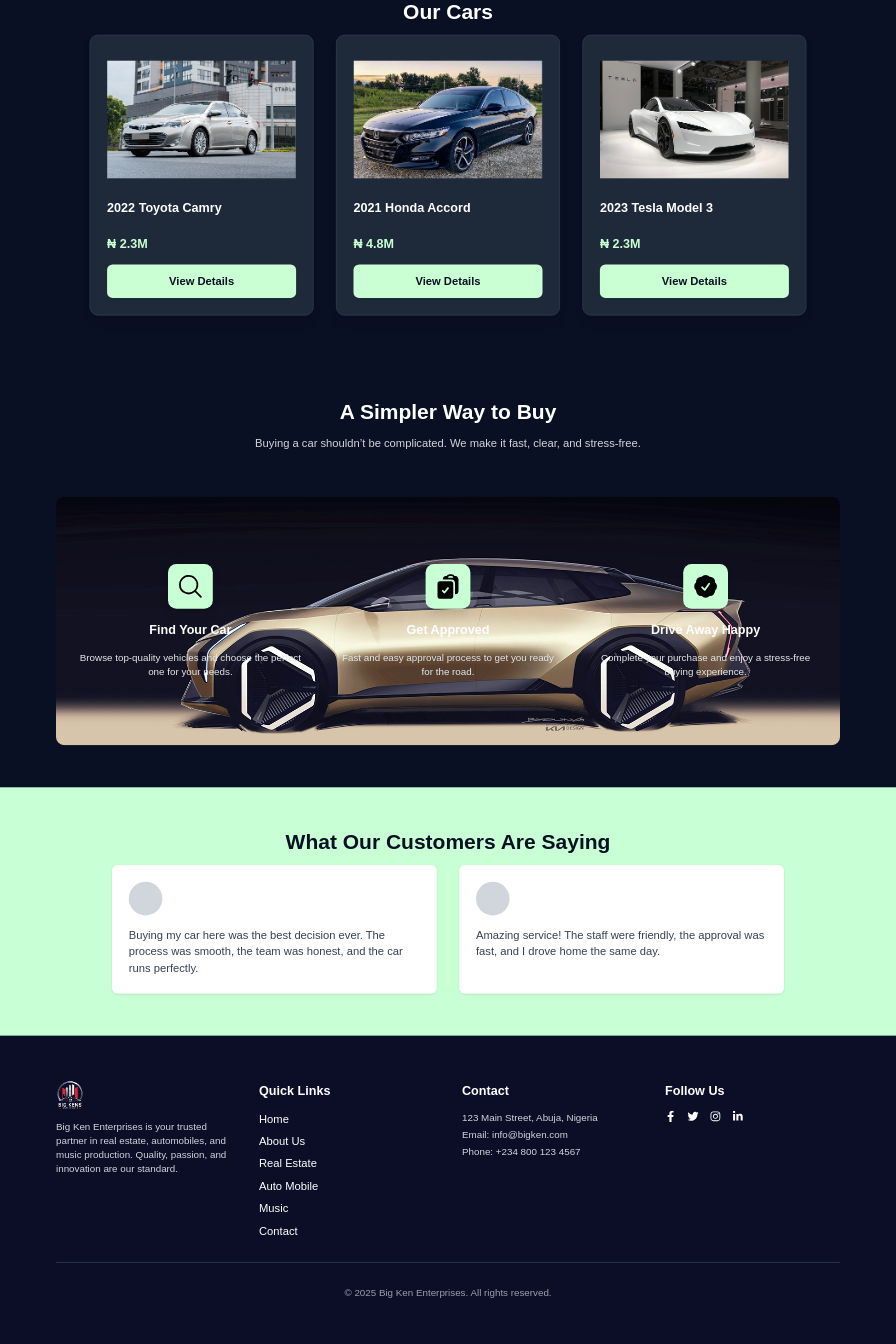
Repository: techvaro/Big-kens-realty-Frontend-react-
Page: /auto-mobile (app in big-kens-realty/)
These files come from the project's save history. The page is drawn as it stood at one moment and after the next save; the edit follows.
The browser window is 1280 px wide. The pictures show the part of the page from y = 934 to 2854 px (the page is 2854 px tall), at 70% of full size.
The project was rebuilt for these pictures with package versions that can differ from the ones it lists, and the page was loaded fresh each time. Also part of the build but not shown: big-kens-realty/vite.config.js, big-kens-realty/src/components/Home/hero.jsx, big-kens-realty/src/components/Home/Services.jsx, big-kens-realty/src/components/Home/Stats.jsx, big-kens-realty/src/components/Home/About.jsx, big-kens-realty/src/components/Home/FeaturedProperties.jsx, big-kens-realty/src/components/Home/AutoMobileSale.jsx, big-kens-realty/src/components/Home/RecentProductions.jsx and 11 more.

Above is the page before, as saved 2025-12-10 18:57:43.

### big-kens-realty/index.html
<!doctype html>
<html lang="en">
  <head>
    <meta charset="UTF-8" />
    <link rel="icon" type="image/svg+xml" href="/vite.svg" />
    <meta name="viewport" content="width=device-width, initial-scale=1.0" />
    <title>big-kens-realty</title>
  </head>
  <body>
    <div id="root"></div>
    <script type="module" src="/src/main.jsx"></script>
  </body>
</html>

### big-kens-realty/src/index.css
@import "tailwindcss";

body {
  margin: 0;
  font-family: Arial, sans-serif;
  background-color: #0c0e28;
  color: white;
}

section {
  padding: 60px 80px;
}

h1, h2, h3 {
  margin: 0 0 15px 0;
}

.btn {
  background: #b5ffcb;
  color: #000;
  padding: 12px 25px;
  border-radius: 5px;
  border: none;
  font-weight: bold;
  cursor: pointer;
}

.btn1{
  background: #b5ffcb;
  color: #000;
  height: 30px;
  width: 80px;
  border: none;
  font-weight: bold;
  cursor: pointer;
  border-radius: 5px;
}

.card {
  background: #1b1e49;
  padding: 15px;
  border-radius: 8px;
}

nav img {
  width: auto !important;
}

### big-kens-realty/src/router/AppRouter.jsx
import { BrowserRouter, Routes, Route } from "react-router-dom";
import Home from "../Pages/Home";
import About from "../Pages/About";
import RealEstate from "../Pages/realestate";
import AutoMobile from "../Pages/Car";

// Placeholder components for routes that don't exist yet
// const About = () => <div>About Page</div>;
const Music = () => <div>Music Page</div>;
const Contact = () => <div>Contact Page</div>;

export default function AppRouter() {
  return (
    <BrowserRouter>
      <Routes>
        <Route path="/" element={<Home />} />
        <Route path="/about" element={<About />} />
        <Route path="/real-estate" element={<RealEstate />} />
        <Route path="/auto-mobile" element={<AutoMobile />} />
        <Route path="/music" element={<Music />} />
        <Route path="/contact" element={<Contact />} />
      </Routes>
    </BrowserRouter>
  );
}

### big-kens-realty/src/Pages/Car.jsx
import Navbar from "../components/Navbar/Navbar";
import Footer from "../components/Footer/Footer";
import Hero from "../components/Car/Hero";
import Cars from "../components/Car/cars";
import Buy from "../components/Car/buy";
import Testimony from "../components/Car/Testimony";


export default function Home() {
  return (
    <>
      <Navbar />

      <Hero />

      <Cars />

      <Buy />

      <Testimony />

      <Footer />
    </>
  );
}

### big-kens-realty/src/components/Navbar/Navbar.jsx
import { Link } from "react-router-dom";
import { useState } from "react";
import logo from "../../assets/image/logo.png";
import {
    Bars3Icon,
    HomeIcon,
    InformationCircleIcon,
    BuildingOfficeIcon,
    WrenchIcon,
    MusicalNoteIcon,
    PhoneIcon,
    XMarkIcon,
} from "@heroicons/react/24/outline";

export default function Navbar() {
  const [isMobileMenuOpen, setIsMobileMenuOpen] = useState(false);

  return (
    <div className="w-full relative">

        <nav className="hidden lg:flex items-center justify-between px-20 py-5 bg-[#0c0e28] sticky top-0 z-50">
            <span className="inline-flex items-center justify-left gap-2">
                <img src={logo} className="h-[40px] w-[40px] object-contain" alt="Big Ken Enterprises Logo" />
                <span className="text-xl font-bold text-white whitespace-nowrap">Big Ken Enterprises</span>
            </span>

            <div className="flex gap-6">
                <Link to="/" className="text-white hover:text-gray-300 transition">
                    Home
                </Link>

                <Link to="/about" className="text-white hover:text-gray-300 transition">
                    About Us
                </Link>

                <Link
                to="/real-estate"
                className="text-white hover:text-gray-300 transition"
                >
                Real Estate
                </Link>

                <Link
                to="/auto-mobile"
                className="text-white hover:text-gray-300 transition"
                >
                Auto Mobile
                </Link>

                <Link to="/music" className="text-white hover:text-gray-300 transition">
                Musicals
                </Link>
            </div>

            <button className="bg-[#b5ffcb] text-black px-6 py-3 rounded-md font-bold hover:bg-[#9ae6af] transition">
                Sign In
            </button>
        </nav>

        <nav className="flex lg:hidden items-center justify-between px-10 py-5 bg-[#0c0e28] sticky top-0 z-50">
            <span className="flex items-center justify-center gap-5">
                <img src={logo} className="h-[40px] w-[40px] object-contain" alt="Big Ken Enterprises Logo" />
                <span className="text-1xl font-bold text-white whitespace-normal">Big Ken Enterprises</span>
            </span>

            <span className="flex items-center justify-between gap-5">

                {/* Menu Icon */}
                <button
                  className="text-white"
                  onClick={() => setIsMobileMenuOpen(!isMobileMenuOpen)}
                >
                  {isMobileMenuOpen ? (
                    <XMarkIcon className="h-8 w-8 text-white cursor-pointer" />
                  ) : (
                    <Bars3Icon className="h-8 w-8 text-white cursor-pointer" />
                  )}
                </button>
            </span>
        </nav>

        {/* Mobile Menu */}
        <div
          className={`fixed top-16 left-0 w-full bg-[#0c0e28] z-40 transition-all duration-300 ease-in-out lg:hidden ${
            isMobileMenuOpen
              ? 'opacity-100 translate-y-0 pointer-events-auto'
              : 'opacity-0 -translate-y-10 pointer-events-none'
          }`}
        >
          <div className="flex flex-col items-center justify-center gap-5 p-5">
            <Link
              to="/"
              className="flex items-center gap-2 text-white hover:text-gray-300 transition w-full py-2 justify-center"
              onClick={() => setIsMobileMenuOpen(false)}
            >
              <HomeIcon className="h-5 w-5 text-white" /> Home
            </Link>

            <Link
              to="/about"
              className="flex items-center gap-2 text-white hover:text-gray-300 transition w-full py-2 justify-center"
              onClick={() => setIsMobileMenuOpen(false)}
            >
              <InformationCircleIcon className="h-5 w-5 text-white" /> About Us
            </Link>

            <Link
              to="/real-estate"
              className="flex items-center gap-2 text-white hover:text-gray-300 transition w-full py-2 justify-center"
              onClick={() => setIsMobileMenuOpen(false)}
            >
              <BuildingOfficeIcon className="h-5 w-5 text-white" /> Real Estate
            </Link>

            <Link
              to="/auto-mobile"
              className="flex items-center gap-2 text-white hover:text-gray-300 transition w-full py-2 justify-center"
              onClick={() => setIsMobileMenuOpen(false)}
            >
              <WrenchIcon className="h-5 w-5 text-white" /> Auto Mobile
            </Link>

            <Link
              to="/music"
              className="flex items-center gap-2 text-white hover:text-gray-300 transition w-full py-2 justify-center"
              onClick={() => setIsMobileMenuOpen(false)}
            >
              <MusicalNoteIcon className="h-5 w-5 text-white" /> Musicals
            </Link>

            <Link
              to="/contact"
              className="flex items-center gap-2 text-white hover:text-gray-300 transition w-full py-2 justify-center"
              onClick={() => setIsMobileMenuOpen(false)}
            >
              <PhoneIcon className="h-5 w-5 text-white" /> Contact
            </Link>
            <button className="bg-[#b5ffcb] text-black px-6 py-3 rounded-md font-bold hover:bg-[#9ae6af] transition w-full">
                Sign In
            </button>
          </div>
        </div>

    </div>

  );
}

### big-kens-realty/src/components/Footer/Footer.jsx
import { FaFacebookF, FaTwitter, FaInstagram, FaLinkedinIn } from "react-icons/fa";
import logo from "../../assets/image/logo.png";

export default function Footer() {
  return (
    <footer className="bg-[#0c0e28] text-white py-16 px-5 md:px-20">

      {/* Top section */}
      <div className="grid grid-cols-1 sm:grid-cols-2 lg:grid-cols-4 gap-10">

        {/* Logo & description */}
        <div>
          <img src={logo} alt="Big Ken Enterprises Logo" className="h-10 w-10 object-contain" />
          <p className="mt-4 text-gray-300 text-sm">
            Big Ken Enterprises is your trusted partner in real estate, automobiles, and music production. Quality, passion, and innovation are our standard.
          </p>
        </div>

        {/* Quick Links */}
        <div>
          <h3 className="font-bold text-lg mb-3">Quick Links</h3>
          <ul className="space-y-2">
            <li><a href="/" className="hover:text-[#76ffa8] transition">Home</a></li>
            <li><a href="/about" className="hover:text-[#76ffa8] transition">About Us</a></li>
            <li><a href="/real-estate" className="hover:text-[#76ffa8] transition">Real Estate</a></li>
            <li><a href="/auto-mobile" className="hover:text-[#76ffa8] transition">Auto Mobile</a></li>
            <li><a href="/music" className="hover:text-[#76ffa8] transition">Music</a></li>
            <li><a href="/contact" className="hover:text-[#76ffa8] transition">Contact</a></li>
          </ul>
        </div>

        {/* Contact */}
        <div>
          <h3 className="font-bold text-lg mb-3">Contact</h3>
          <p className="text-gray-300 text-sm">123 Main Street, Abuja, Nigeria</p>
          <p className="text-gray-300 text-sm mt-1">Email: info@bigken.com</p>
          <p className="text-gray-300 text-sm mt-1">Phone: +234 800 123 4567</p>
        </div>

        {/* Social Media */}
        <div>
          <h3 className="font-bold text-lg mb-3">Follow Us</h3>
          <div className="flex gap-4">
            <a href="#" className="text-white hover:text-[#76ffa8] transition"><FaFacebookF /></a>
            <a href="#" className="text-white hover:text-[#76ffa8] transition"><FaTwitter /></a>
            <a href="#" className="text-white hover:text-[#76ffa8] transition"><FaInstagram /></a>
            <a href="#" className="text-white hover:text-[#76ffa8] transition"><FaLinkedinIn /></a>
          </div>
        </div>
      </div>

      {/* Divider */}
      <hr className="my-8 border-gray-700" />

      {/* Bottom section */}
      <p className="text-center text-gray-400 text-sm">
        &copy; {new Date().getFullYear()} Big Ken Enterprises. All rights reserved.
      </p>
    </footer>
  );
}

### big-kens-realty/src/components/Car/Hero.jsx
import { useState } from 'react';
import carbg from "../../assets/car/carbg.png";

export default function HeroSearchSection() {
  const [searchData, setSearchData] = useState({
    model: '',
    carType: 'all',
    minPrice: '0',
    maxPrice: '50'
  });

  const handleInputChange = (e) => {
    const { name, value } = e.target;
    setSearchData(prev => ({
      ...prev,
      [name]: value
    }));
  };

  const handleSubmit = (e) => {
    e.preventDefault();
    // Here you would typically send the search data to your backend or filter cars
    console.log('Search submitted:', searchData);
    alert(`Searching for: ${searchData.model || 'any model'} | Type: ${searchData.carType} | Price: ${searchData.minPrice}m - ${searchData.maxPrice}m`);
  };

  return (
    <section className="relative bg-[#0A1023] pb-16">
      {/* Hero Image with enhanced overlay */}
      <div className="relative overflow-hidden">
        <img
          src={carbg}
          className="w-full h-[500px] object-cover opacity-80"
          alt="Luxury cars background"
        />
        {/* Gradient overlay for better visual appeal */}
        <div className="absolute inset-0 bg-gradient-to-t from-[#0A1023]/80 via-[#0A1023]/40 to-transparent"></div>
        <div className="absolute bottom-0 left-0 right-0 h-20 bg-gradient-to-t from-[#0A1023] to-transparent"></div>
      </div>

      {/* Enhanced Search Box */}
      <div className="bg-white w-11/12 md:w-4/5 mx-auto mt-[-40px] p-6 rounded-xl shadow-2xl z-10 relative">
        <div className="text-center mb-4">
          <h2 className="text-xl font-bold text-gray-800">Find Your Dream Car</h2>
          <p className="text-gray-600 text-sm">Discover the perfect vehicle that matches your needs</p>
        </div>

        <form onSubmit={handleSubmit} className="grid md:grid-cols-5 gap-6 items-end">
          {/* Search Model */}
          <div className="space-y-2">
            <label className="text-sm font-semibold text-gray-700 block">Search Model</label>
            <div className="relative">
              <input
                type="text"
                name="model"
                placeholder="e.g Toyota"
                value={searchData.model}
                onChange={handleInputChange}
                className="w-full border border-gray-300 px-4 py-3 rounded-lg focus:outline-none focus:ring-2 focus:ring-blue-500 focus:border-blue-500 transition-all duration-300 pl-12 text-[#0A1023]"
              />
              <div className="absolute left-4 top-1/2 transform -translate-y-1/2 text-gray-400">
                <svg xmlns="http://www.w3.org/2000/svg" className="h-5 w-5" fill="none" viewBox="0 0 24 24" stroke="currentColor">
                  <path strokeLinecap="round" strokeLinejoin="round" strokeWidth={2} d="M21 21l-6-6m2-5a7 7 0 11-14 0 7 7 0 0114 0z" />
                </svg>
              </div>
            </div>
          </div>

          {/* Car Type */}
          <div className="space-y-2">
            <label className="text-sm font-semibold text-gray-700 block">Car Type</label>
            <div className="relative">
              <select
                name="carType"
                value={searchData.carType}
                onChange={handleInputChange}
                className="w-full border border-gray-300 px-4 py-3 rounded-lg focus:outline-none focus:ring-2 focus:ring-blue-500 focus:border-blue-500 transition-all duration-300 appearance-none bg-white text-[#0A1023]"
              >
                <option value="all" className="text-gray-800">All Types</option>
                <option value="belgium" className="text-gray-800">Belgium</option>
                <option value="tokunbo" className="text-gray-800">Tokunbo</option>
                <option value="brand_new" className="text-gray-800">Brand New</option>
              </select>
              <div className="absolute right-3 top-1/2 transform -translate-y-1/2 text-gray-400 pointer-events-none">
                <svg xmlns="http://www.w3.org/2000/svg" className="h-5 w-5" fill="none" viewBox="0 0 24 24" stroke="currentColor">
                  <path strokeLinecap="round" strokeLinejoin="round" strokeWidth={2} d="M19 9l-7 7-7-7" />
                </svg>
              </div>
            </div>
          </div>

          {/* Min Price */}
          <div className="space-y-2">
            <label className="text-sm font-semibold text-gray-700 block">Min Price</label>
            <div className="relative">
              <input
                type="number"
                name="minPrice"
                min="0"
                max={searchData.maxPrice}
                value={searchData.minPrice}
                onChange={handleInputChange}
                className="w-full border border-gray-300 px-4 py-3 rounded-lg focus:outline-none focus:ring-2 focus:ring-blue-500 focus:border-blue-500 transition-all duration-300 pl-10 text-[#0A1023]"
              />
              <div className="absolute left-3 top-1/2 transform -translate-y-1/2 text-gray-400">
                <span>₦</span>
              </div>
            </div>
          </div>

          {/* Max Price */}
          <div className="space-y-2">
            <label className="text-sm font-semibold text-gray-700 block">Max Price</label>
            <div className="relative">
              <input
                type="number"
                name="maxPrice"
                min={searchData.minPrice}
                max="50"
                value={searchData.maxPrice}
                onChange={handleInputChange}
                className="w-full border border-gray-300 px-4 py-3 rounded-lg focus:outline-none focus:ring-2 focus:ring-blue-500 focus:border-blue-500 transition-all duration-300 pl-10 text-[#0A1023]"
              />
              <div className="absolute left-3 top-1/2 transform -translate-y-1/2 text-gray-400">
                <span>₦</span>
              </div>
            </div>
          </div>

          {/* Search Button */}
          <div className="pb-1">
            <button
              type="submit"
              className="w-full bg-[#0A1023] text-white py-3 rounded-lg font-semibold shadow-md hover:shadow-lg transition-all duration-300"
            >
              Search
            </button>
          </div>
        </form>
      </div>
    </section>
  );
}

### big-kens-realty/src/components/Car/cars.jsx
import car1 from "../../assets/car/car1.png";
import car2 from "../../assets/car/car2.png";
import car3 from "../../assets/car/car3.png";


export default function Cars() {
  const cars = [
    {
      name: "2022 Toyota Camry",
      price: "₦ 2.3M",
      img: car1,
    },
    {
      name: "2021 Honda Accord",
      price: "₦ 4.8M",
      img: car2,
    },
    {
      name: "2023 Tesla Model 3",
      price: "₦ 2.3M",
      img: car3,
    },
  ];

  return (
    <section className="py-16 bg-[#0A1023] text-white">
      <h2 className="text-3xl text-center font-bold mb-12 text-white">Our Cars</h2>

      <div className="grid md:grid-cols-3 gap-8 px-6 md:px-12">
        {cars.map((car, i) => (
          <div key={i} className="bg-gray-800 p-6 rounded-xl shadow-lg border border-gray-700 flex flex-col">
            <img src={car.img} className="w-full h-48 object-contain rounded-lg mb-4" alt={car.name} />
            <h3 className="font-bold text-white text-lg">{car.name}</h3>
            <p className="text-lg font-bold text-[#CAFFD3] mt-2">{car.price}</p>
            <div className="mt-auto pt-4">
              <button className="bg-[#CAFFD3] text-[#0A1023] px-6 py-3 rounded-lg w-full font-semibold hover:bg-[#b0e0c9] transition-colors duration-300">
                View Details
              </button>
            </div>
          </div>
        ))}
      </div>
    </section>
  );
}

### big-kens-realty/src/components/Car/buy.jsx
import car4 from "../../assets/car/car4.png";

import {
  MagnifyingGlassIcon,
  ClipboardDocumentCheckIcon,
  CheckBadgeIcon,
} from "@heroicons/react/24/solid";

export default function SimpleBuySection() {
  const steps = [
    {
      icon: <MagnifyingGlassIcon className="w-10 h-10 text-black" />,
      title: "Find Your Car",
      desc: "Browse top-quality vehicles and choose the perfect one for your needs.",
    },
    {
      icon: <ClipboardDocumentCheckIcon className="w-10 h-10 text-black" />,
      title: "Get Approved",
      desc: "Fast and easy approval process to get you ready for the road.",
    },
    {
      icon: <CheckBadgeIcon className="w-10 h-10 text-black" />,
      title: "Drive Away Happy",
      desc: "Complete your purchase and enjoy a stress-free buying experience.",
    },
  ];

  return (
    <section className="py-20 bg-[#0A1023] text-white text-center">
      <h2 className="text-3xl font-bold mb-2">A Simpler Way to Buy</h2>
      <p className="text-gray-300 mb-16 max-w-2xl mx-auto">
        Buying a car shouldn’t be complicated. We make it fast, clear, and
        stress-free.
      </p>

      {/* Background Section */}
      <div
        className="relative w-full bg-cover bg-center bg-no-repeat rounded-xl py-24 px-6"
        style={{ backgroundImage: `url(${car4})` }}
      >
        <div className="grid md:grid-cols-3 gap-8 text-center">
          {steps.map((step, i) => (
            <div key={i}>
              {/* Icon Box */}
              <div className="bg-[#C8FFD4] w-16 h-16 rounded-xl flex items-center justify-center mx-auto mb-4 shadow-lg">
                {step.icon}
              </div>

              <h3 className="font-bold text-lg">{step.title}</h3>

              <p className="text-gray-200 text-sm mt-2 max-w-xs mx-auto">
                {step.desc}
              </p>
            </div>
          ))}
        </div>
      </div>
    </section>
  );
}

### big-kens-realty/src/components/Car/Testimony.jsx
export default function TestimonialSection() {
  const testimonials = [
    {
      name: "Godswill A.",
      message:
        "Buying my car here was the best decision ever. The process was smooth, the team was honest, and the car runs perfectly.",
    },
    {
      name: "Sarah O.",
      message:
        "Amazing service! The staff were friendly, the approval was fast, and I drove home the same day.",
    },
  ];

  return (
    <section className="py-20 bg-[#C8FFD4]">
      <h2 className="text-3xl font-bold text-center mb-12 text-[#0A1023]">
        What Our Customers Are Saying
      </h2>

      <div className="grid md:grid-cols-2 gap-8 px-6 md:px-20">
        {testimonials.map((t, i) => (
          <div key={i} className="bg-white rounded-lg p-6 shadow">
            <div className="flex items-center gap-4 mb-4">
              {/* Same original grey avatar circle */}
              <div className="w-12 h-12 rounded-full bg-gray-300"></div>

              <h3 className="font-bold">{t.name}</h3>
            </div>

            <p className="text-gray-700">{t.message}</p>
          </div>
        ))}
      </div>
    </section>
  );
}

Loaded but not shown: big-kens-realty/src/main.jsx (common file); big-kens-realty/src/App.jsx (common file)

After the next save:
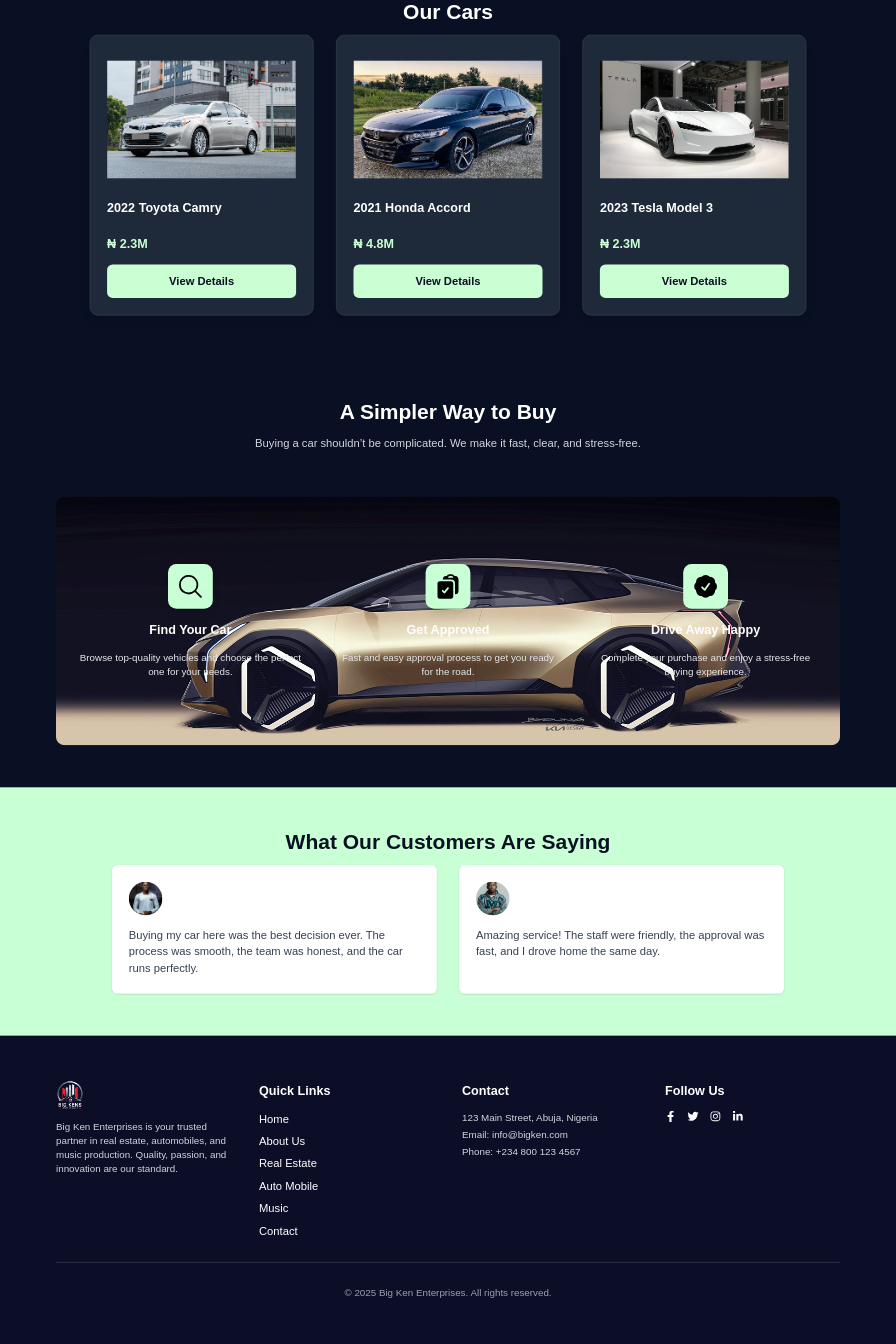
Saved 41 s later.
--- a/big-kens-realty/src/components/Car/Testimony.jsx
+++ b/big-kens-realty/src/components/Car/Testimony.jsx
@@ -1,12 +1,17 @@
+import person1 from "../../assets/car/person1.jpg";
+import person2 from "../../assets/car/person2.jpg";
+
 export default function TestimonialSection() {
   const testimonials = [
     {
       name: "Godswill A.",
+      image: person1,
       message:
         "Buying my car here was the best decision ever. The process was smooth, the team was honest, and the car runs perfectly.",
     },
     {
       name: "Sarah O.",
+      image: person2,
       message:
         "Amazing service! The staff were friendly, the approval was fast, and I drove home the same day.",
     },
@@ -22,8 +27,12 @@
         {testimonials.map((t, i) => (
           <div key={i} className="bg-white rounded-lg p-6 shadow">
             <div className="flex items-center gap-4 mb-4">
-              {/* Same original grey avatar circle */}
-              <div className="w-12 h-12 rounded-full bg-gray-300"></div>
+              {/* Image (same rounded look) */}
+              <img
+                src={t.image}
+                alt={t.name}
+                className="w-12 h-12 rounded-full object-cover"
+              />
 
               <h3 className="font-bold">{t.name}</h3>
             </div>
